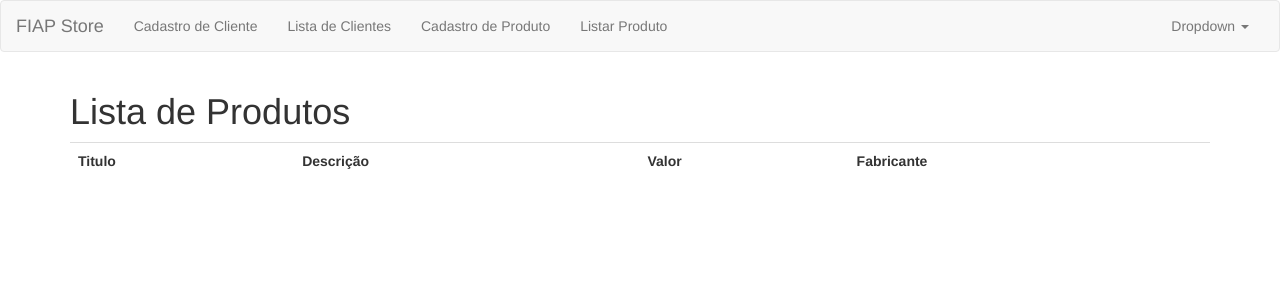
Repository: gabrielma19/1TDSG-Web
Page: http://localhost/06-Loja/produtoServlet
The author's editor kept a copy of each file at every save. The page is drawn from the files as they stood at one save, then again after the next save.
The browser window is 1280 px wide. The pictures show the whole page.
The page is served by Tomcat 9. Other server files are loaded and not shown.

Above is the page before, as saved 2016-09-15 14:23:41.

### 06-Loja/WebContent/lista-produto.jsp
<%@page import="br.com.fiap.bean.Produto"%>
<%@page import="java.util.List"%>
<%@ page language="java" contentType="text/html; charset=ISO-8859-1"
    pageEncoding="ISO-8859-1"%>
<!DOCTYPE html PUBLIC "-//W3C//DTD HTML 4.01 Transitional//EN" "http://www.w3.org/TR/html4/loose.dtd">
<html>
<head>
<meta http-equiv="Content-Type" content="text/html; charset=ISO-8859-1">
<title>Lista de Produtos</title>
<link rel="stylesheet"
				type="text/css" href="css/bootstrap.min.css">
</head>
<body>
<%@ include file="menu.jsp" %>
<!-- Recupera a lista que a serlvet enviou -->
<% List<Produto> lista = (List<Produto>) request.getAttribute("listaProdutos"); %>

	<div class="container">
		<h1>Lista de Produtos</h1>
		<table class="table">
			<tr>
				<th>Titulo</th>
				<th>Descrição</th>
				<th>Valor</th>
				<th>Fabricante</th>
			</tr>
			<% for (Produto p : lista) { %>
				<tr>
					<td><%=p.getTitulo() %></td>
					<td><%=p.getDescricao() %></td>
					<td><%=p.getValor() %></td>
					<td><%=p.getFabricante() %></td>
				</tr>
			<% } %>
		</table>
	</div>

</body>
</html>

### 06-Loja/WebContent/menu.jsp
<nav class="navbar navbar-default">
  <div class="container-fluid">
    <!-- Brand and toggle get grouped for better mobile display -->
    <div class="navbar-header">
      <button type="button" class="navbar-toggle collapsed" data-toggle="collapse" data-target="#bs-example-navbar-collapse-1" aria-expanded="false">
        <span class="sr-only">Toggle navigation</span>
        <span class="icon-bar"></span>
        <span class="icon-bar"></span>
        <span class="icon-bar"></span>
      </button>
      <a class="navbar-brand" href="home.jsp">FIAP Store</a>
    </div>

    <!-- Collect the nav links, forms, and other content for toggling -->
    <div class="collapse navbar-collapse" id="bs-example-navbar-collapse-1">
      <ul class="nav navbar-nav">
        <li><a href="cadastro-cliente.jsp">Cadastro de Cliente</a></li>
        <li><a href="clienteServlet">Lista de Clientes</a></li>
        <li><a href="cadastro-produto.jsp">Cadastro de Produto</a></li>
        <li><a href="produtoServlet">Listar Produto</a></li>
      </ul>
      <ul class="nav navbar-nav navbar-right">
      		<li class="dropdown">
      			<a href="#" class="dropdown-toggle" data-toggle="dropdown" role="button" aria-haspopup="true" aria-expanded="false">Dropdown <span class="caret"></span></a>
      			<ul class="dropdown-menu">
      				<li><a href="">Sair</a></li>
      			</ul>
      		</li>
      </ul>
    </div><!-- /.navbar-collapse -->
  </div><!-- /.container-fluid -->
</nav>

### 06-Loja/src/br/com/fiap/servlet/ProdutoServlet.java
package br.com.fiap.servlet;

import java.io.IOException;
import java.util.List;

import javax.servlet.ServletException;
import javax.servlet.http.HttpServlet;
import javax.servlet.http.HttpServletRequest;
import javax.servlet.http.HttpServletResponse;

import br.com.fiap.bean.Produto;
import br.com.fiap.bo.ProdutoBO;


public class ProdutoServlet extends HttpServlet {

	@Override
	protected void doGet(HttpServletRequest req, HttpServletResponse resp) throws ServletException, IOException {
		//Listar os produtos
		//Recupera os produtos cadastrados no banco de dados
		ProdutoBO bo = new ProdutoBO();
		List<Produto> lista = bo.listar();

		//Passar a lista para o JSP
		req.setAttribute("listaProdutos", lista );
		//Encaminhar para a página JSP
		req.getRequestDispatcher("lista-produto.jsp")
										.forward(req, resp);

	}


	@Override
	protected void doPost(HttpServletRequest req, HttpServletResponse resp) throws ServletException, IOException {
		//Recuperar os valores do formulário HTML
		String titulo = req.getParameter("titulo");
		String desc = req.getParameter("descricao");
		String fab = req.getParameter("fabricante");
		double valor = Double
				.parseDouble(req.getParameter("valor"));

		//Instanciar o Produto (Java Bean)
		Produto produto = new Produto(0,desc,valor,titulo,fab);

		//Cadastrar no "banco"
		ProdutoBO bo = new ProdutoBO();
		bo.cadastrar(produto);

		//Coloca um valor para ser exibido na tela
		req.setAttribute("mensagem", "Cadastrado com sucesso!");
		//Redireciona para a JSP
		req.getRequestDispatcher("cadastro-produto.jsp")
											.forward(req, resp);

	}



}

### 06-Loja/src/br/com/fiap/bo/ProdutoBO.java
package br.com.fiap.bo;

import java.util.ArrayList;
import java.util.List;

import br.com.fiap.bean.Produto;

public class ProdutoBO {

	private static List<Produto> produtos = new ArrayList<Produto>();

	public void cadastrar(Produto produto){
		produto.setCodigo(produtos.size()+1);
		produtos.add(produto);
	}

	public List<Produto> listar(){
		return produtos;
	}

}

Loaded but not shown: 06-Loja/WebContent/css/bootstrap.min.css (library)

After the next save:
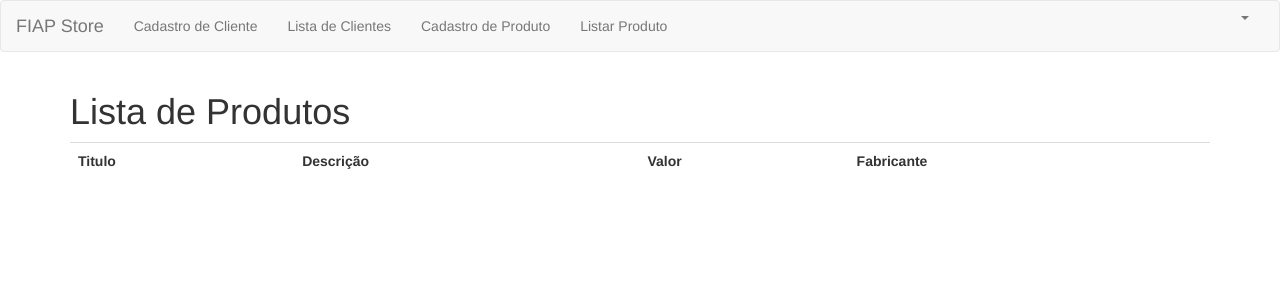
Saved 33 s later.
--- a/06-Loja/WebContent/menu.jsp
+++ b/06-Loja/WebContent/menu.jsp
@@ -20,12 +20,15 @@
         <li><a href="produtoServlet">Listar Produto</a></li>
       </ul>
       <ul class="nav navbar-nav navbar-right">
-      		<li class="dropdown">
-      			<a href="#" class="dropdown-toggle" data-toggle="dropdown" role="button" aria-haspopup="true" aria-expanded="false">Dropdown <span class="caret"></span></a>
-      			<ul class="dropdown-menu">
-      				<li><a href="">Sair</a></li>
-      			</ul>
-      		</li>
+    		<li class="dropdown">
+    			<a href="#" class="dropdown-toggle"
+    			data-toggle="dropdown" role="button"
+    			aria-haspopup="true"
+    			aria-expanded="false">${usuario } <span class="caret"></span></a>
+    			<ul class="dropdown-menu">
+    				<li><a href="">Sair</a></li>
+    			</ul>
+    		</li>
       </ul>
     </div><!-- /.navbar-collapse -->
   </div><!-- /.container-fluid -->
